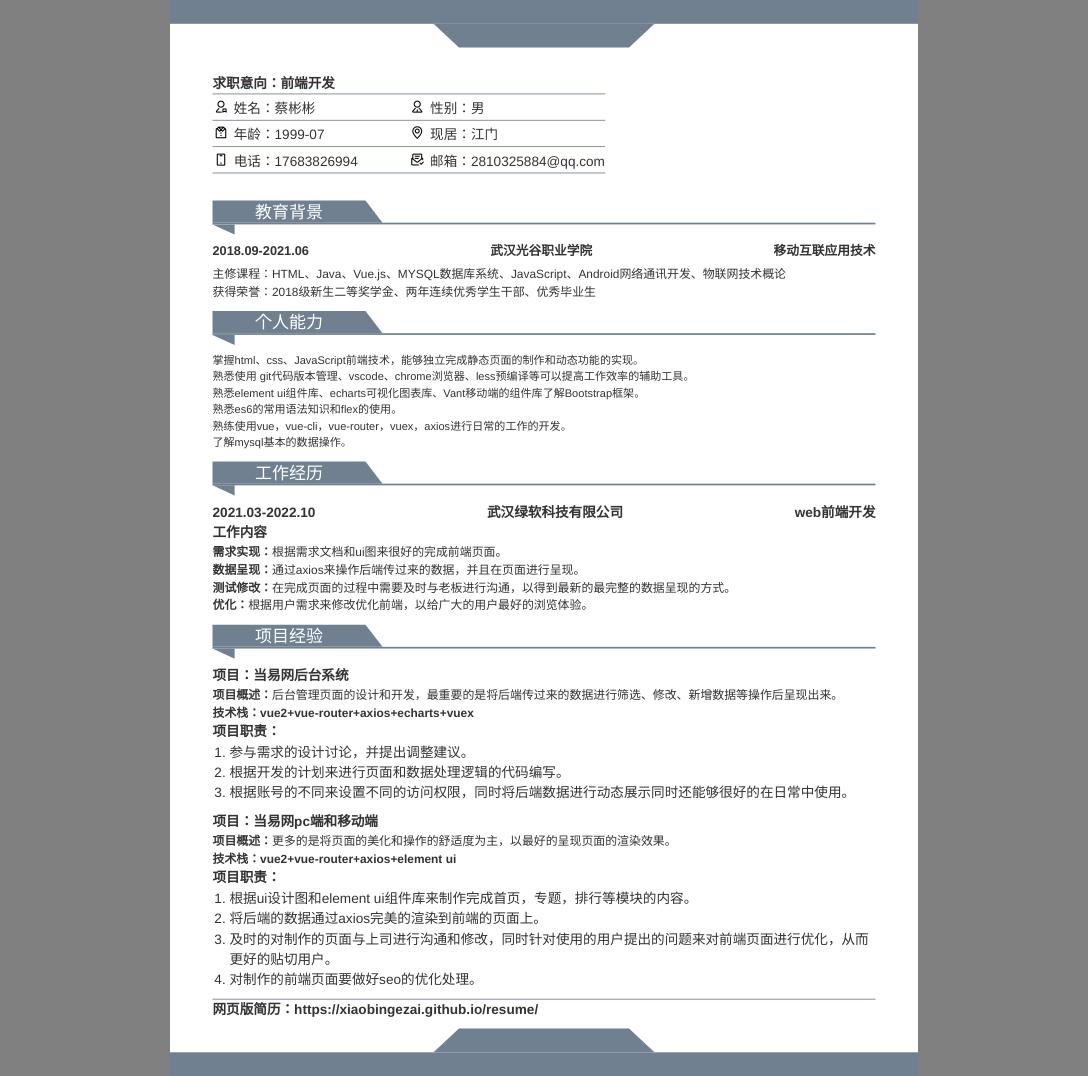
Repository: xiaobingezai/resume
Page: index.html
The author's editor kept a copy of each file at every save. The page is drawn from the files as they stood at one save, then again after the next save.
The browser window is 1280 px wide. The pictures show the whole page, at 85% of full size.

Above is the page before, as saved 2022-11-03 01:53:00.
Console error: TypeError: Cannot set properties of null (setting 'innerHTML')

After the next save:
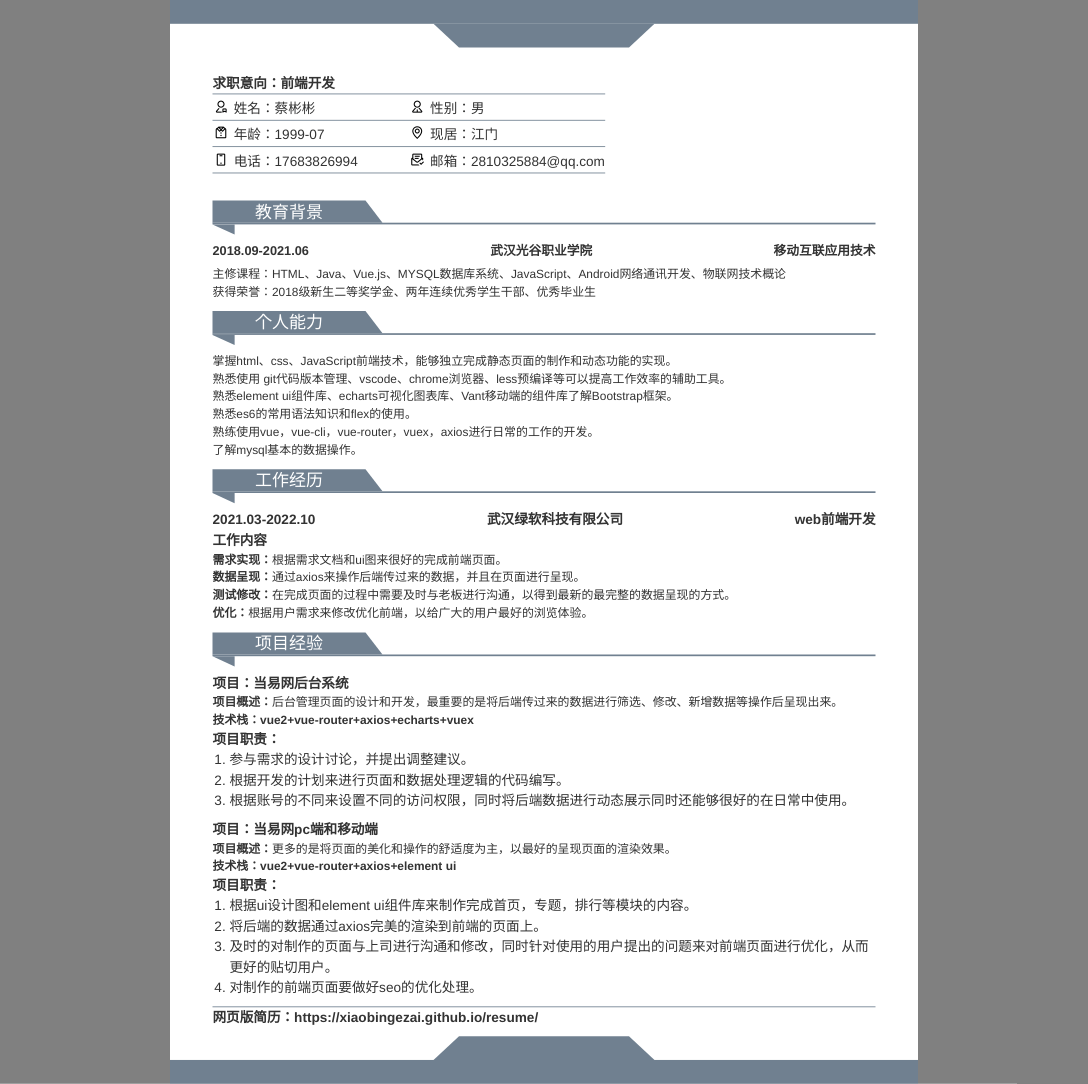
Saved 31 s later.
--- a/css/index.css
+++ b/css/index.css
@@ -191,10 +191,10 @@ body{
     margin-top: 20px;
 }
 #zhengTi #head #tail ul li {
-    font-size: 13px;
+    font-size: 14px;
 }
 #zhengTi #head #tail .zhuangShiTuPian span {
-    padding-top: 13px !important;
+
 }
 
 /* 工作经历 */
